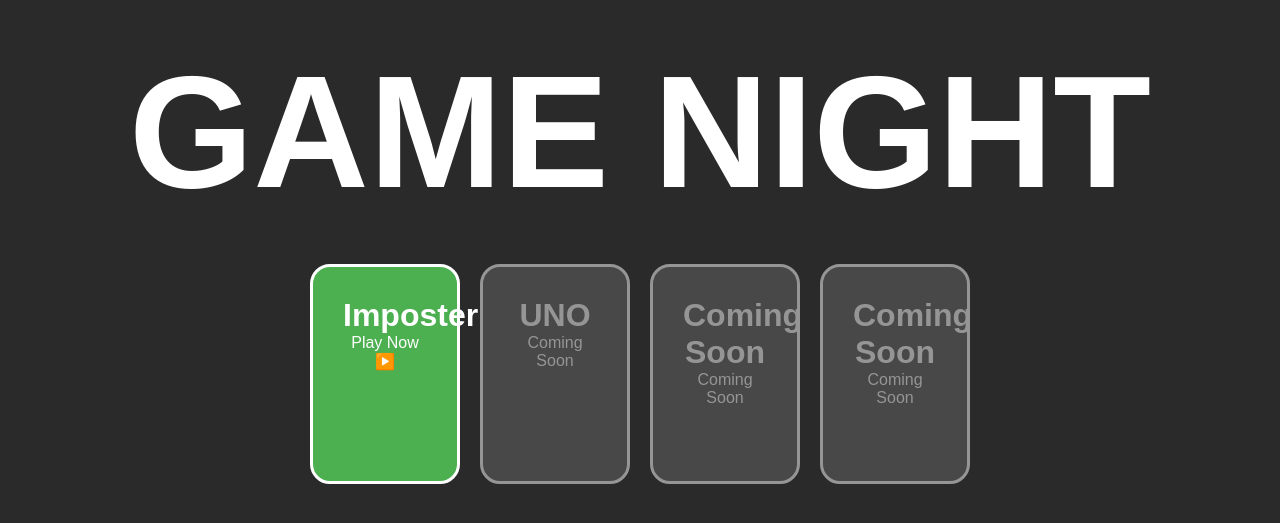
Repository: nfemmanuel/game-night-app
Page: /
These files come from the project's save history. The page is drawn as it stood at one moment and after a run of saves; the edit follows.
The browser window is 1280 px wide. The pictures show the whole page.
The project was rebuilt for these pictures with package versions that can differ from the ones it lists, and the page was loaded fresh each time.

Above is the page before, as saved 2025-12-31 16:32:44.

After the next 3 saves:
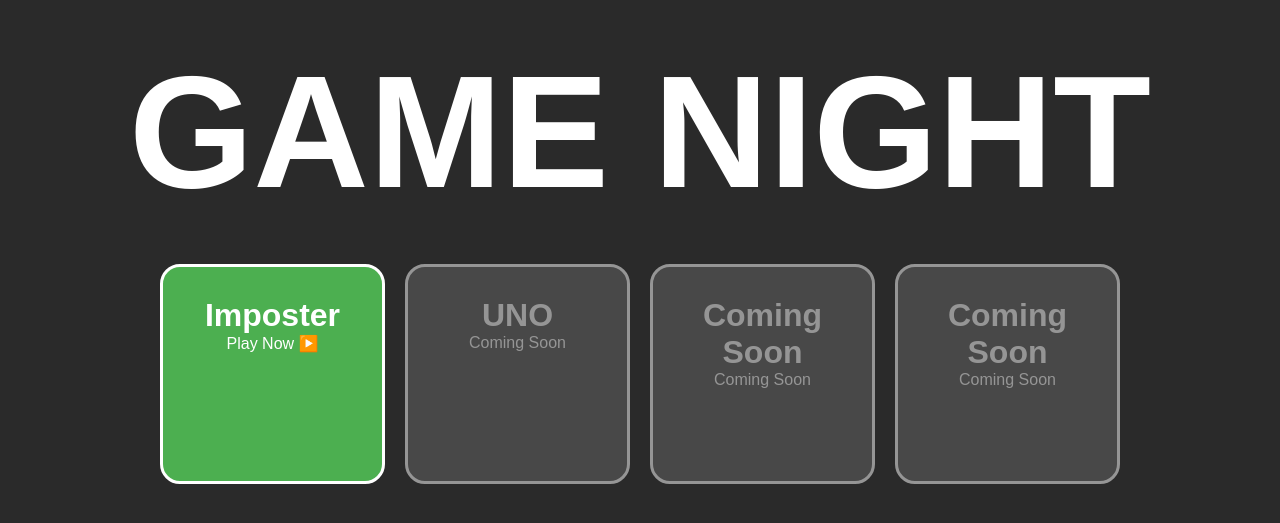
The 3 saves are shown as one change because they came seconds apart.
The last was saved 17 s later.
--- a/src/components/GameCard.module.css
+++ b/src/components/GameCard.module.css
@@ -1,5 +1,5 @@
 .card {
-    width: 150px;
+    width: 225px;
     height: 220px;
     padding: 30px;
     border-radius: 20px;
